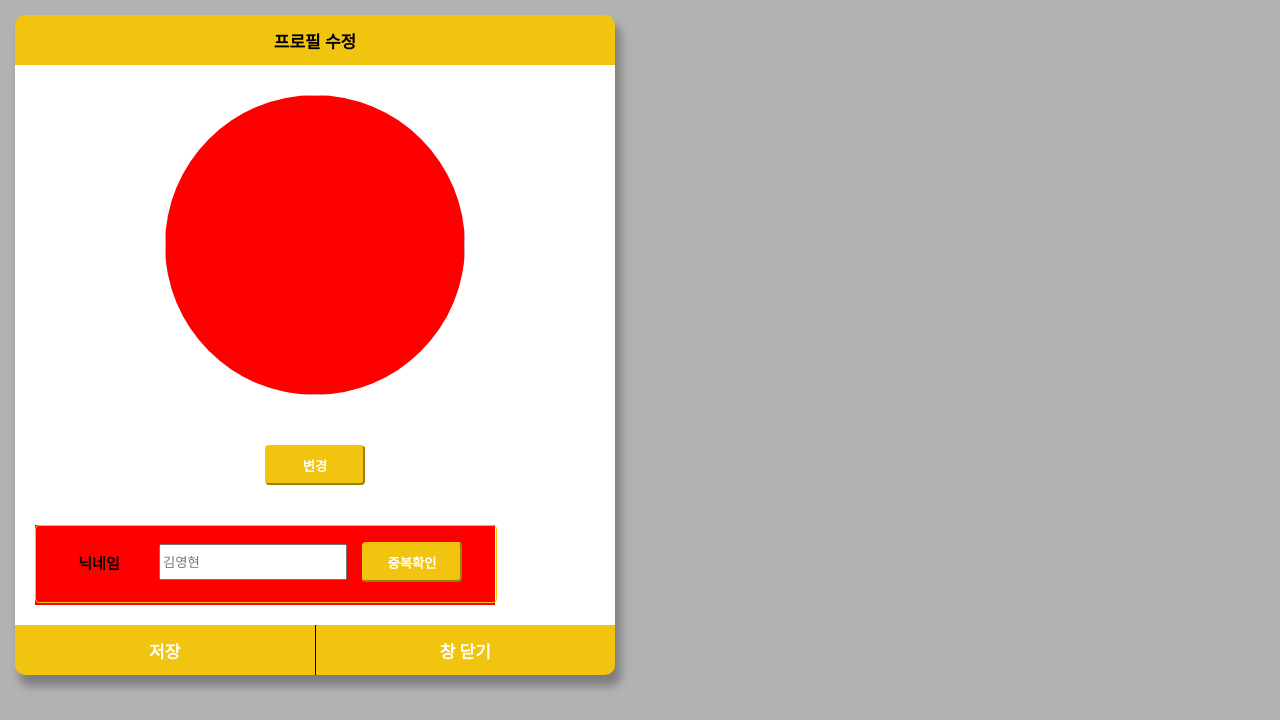
Repository: Corn-Market/Front-end
Page: http://localhost/CornMarket/resources/views/popup_profile_update.jsp
These files come from the project's save history. The page is drawn as it stood at one moment and after the next save; the edit follows.
The browser window is 1280 px wide. The pictures show the whole page.
The page is served by Tomcat 9.

Above is the page before, as saved 2022-12-19 06:32:27.

After the next save:
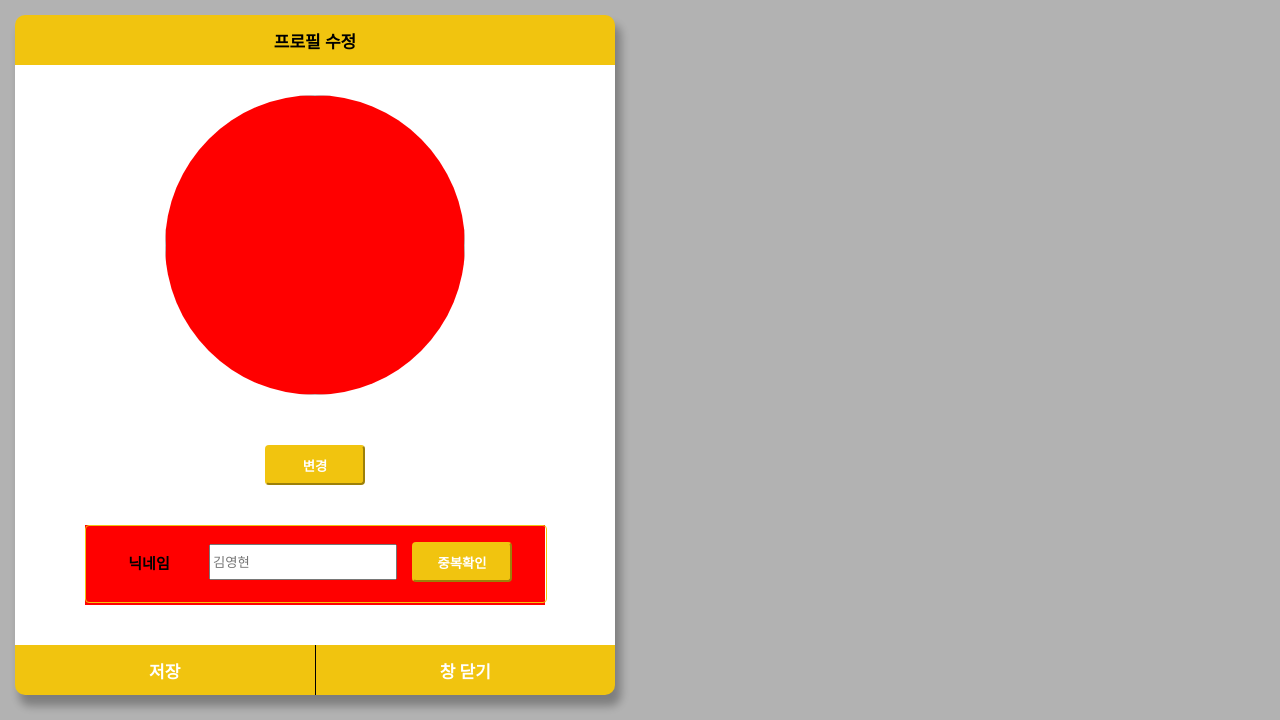
Saved 11 s later.
--- a/CornMarket/src/main/webapp/resources/css/popup_update.css
+++ b/CornMarket/src/main/webapp/resources/css/popup_update.css
@@ -68,7 +68,7 @@
   	width:460px;
   	height:80px;
   	background-color:red;
- S
+ 	margin:20px auto;
   }
 
   .update_second{
